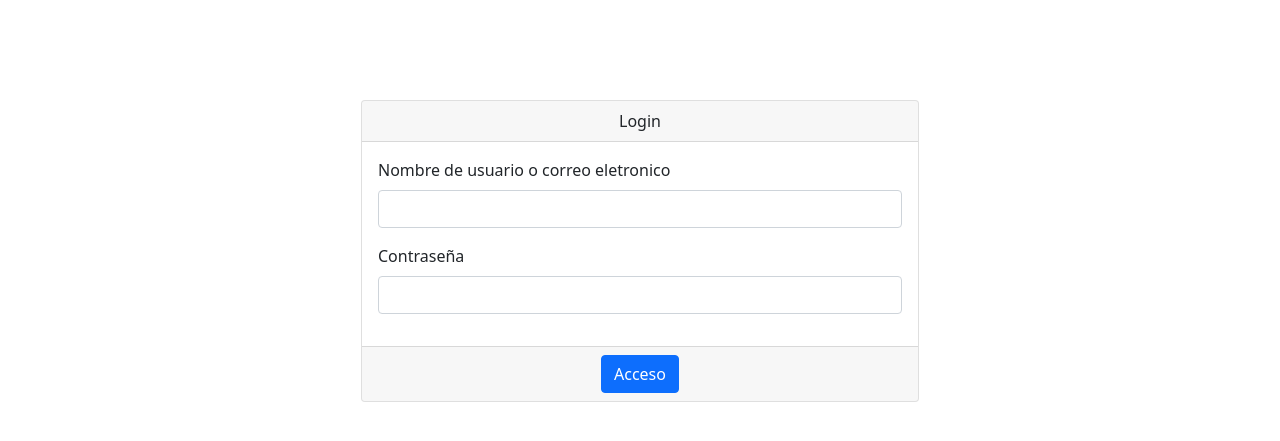
Repository: j0sh-404/control-clases-alumnos
Page: vista/login/login.html
These files come from the project's save history. The page is drawn as it stood at one moment and after the next save; the edit follows.
The browser window is 1280 px wide. The pictures show the whole page.

Above is the page before, as saved 2022-07-09 15:23:19.

After the next save:
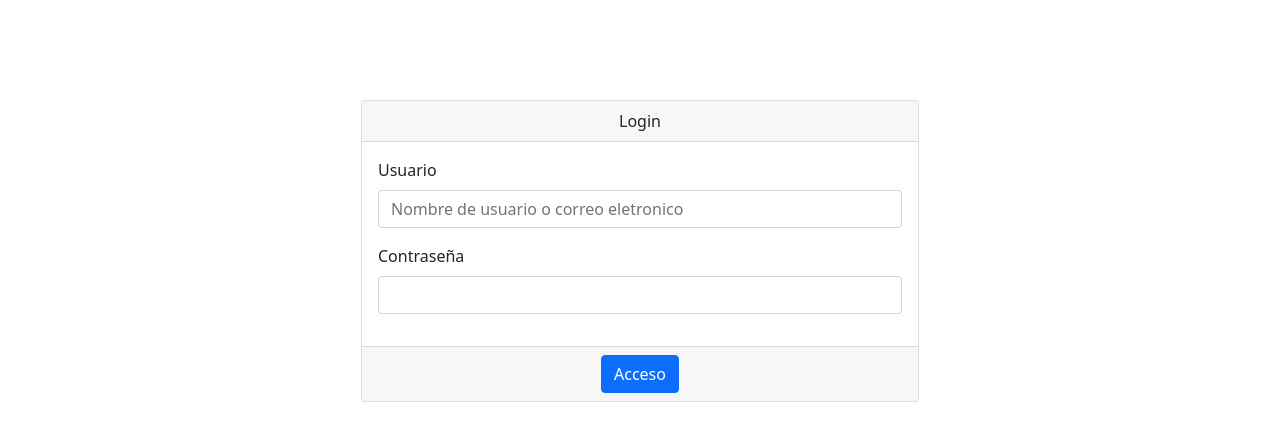
Saved 82 s later.
--- a/vista/login/login.html
+++ b/vista/login/login.html
@@ -20,8 +20,9 @@
         <div class="card-body">
             <form>
                 <div class="mb-3">
-                  <label for="accesoCorreo" class="form-label">Nombre de usuario o correo eletronico </label>
-                  <input type="email" class="form-control" id="accesoCorreo" aria-describedby="emailHelp">
+                  <label for="accesoCorreo" class="form-label">Usuario </label>
+                  <input type="email" class="form-control" id="accesoCorreo" aria-describedby="emailHelp" placeholder="Nombre de usuario o correo eletronico">
+
                 </div>
                 <div class="mb-3 text-left">
                   <label for="accesoClave" class="form-label">Contraseña</label>
